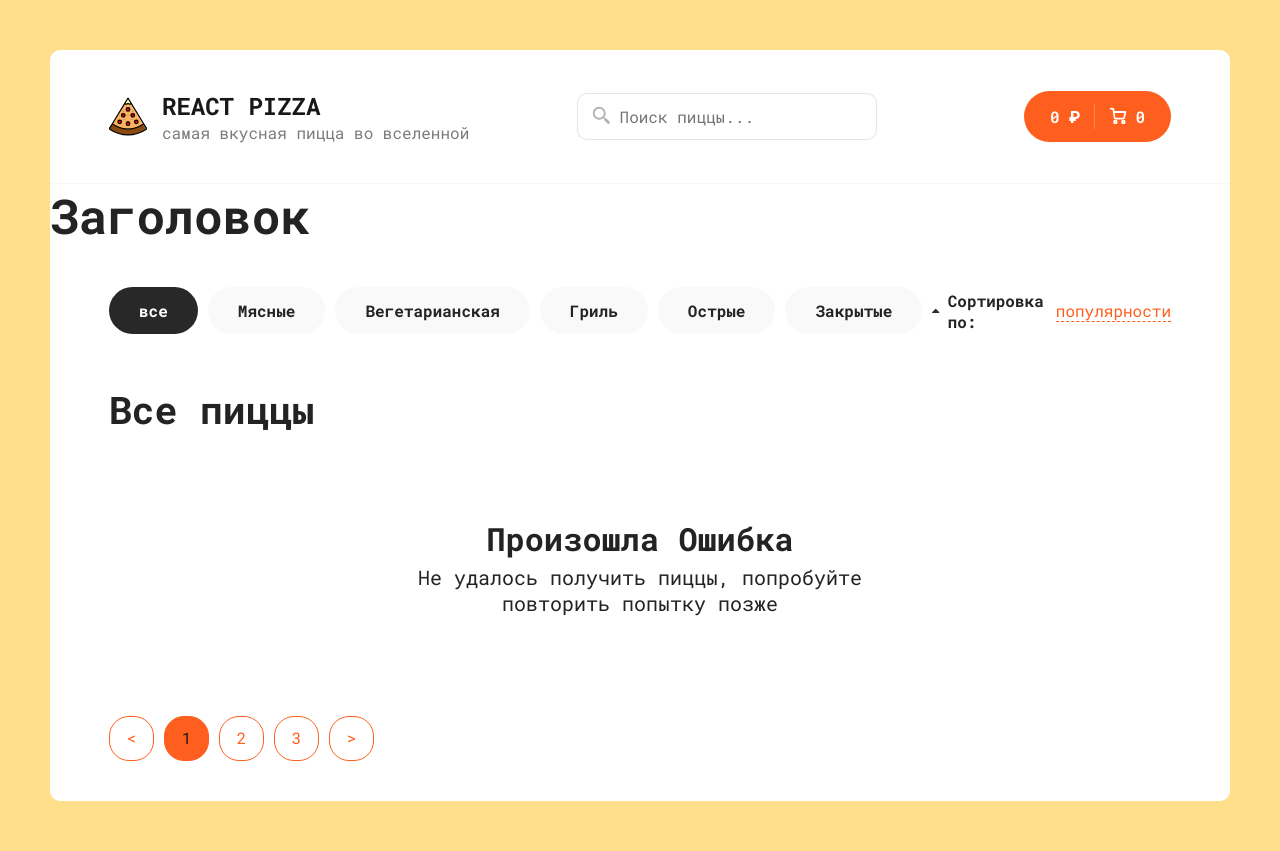
Repository: TI-IT/react-pizza2
Page: /
These files come from the project's save history. The page is drawn as it stood at one moment and after the next save; the edit follows.
The browser window is 1280 px wide. The pictures show the whole page.
The page's requests for data from a server got no answer. The project was rebuilt for these pictures with package versions that can differ from the ones it lists, and the page was loaded fresh each time. No one was signed in, and anything a server would have sent is missing. Also part of the build but not shown: src/components/PizzaBlock.jsx, src/components/CartItem.jsx, src/components/CartEmpty.jsx, src/pages/Cart.jsx, src/pages/FullPizza.jsx, src/components/NotFoundBlock/NotFounBlock.module.scss, src/components/NotFoundBlock/index.jsx, src/pages/NotFound.tsx.

Above is the page before, as saved 2022-10-22 20:55:35.

After the next save:
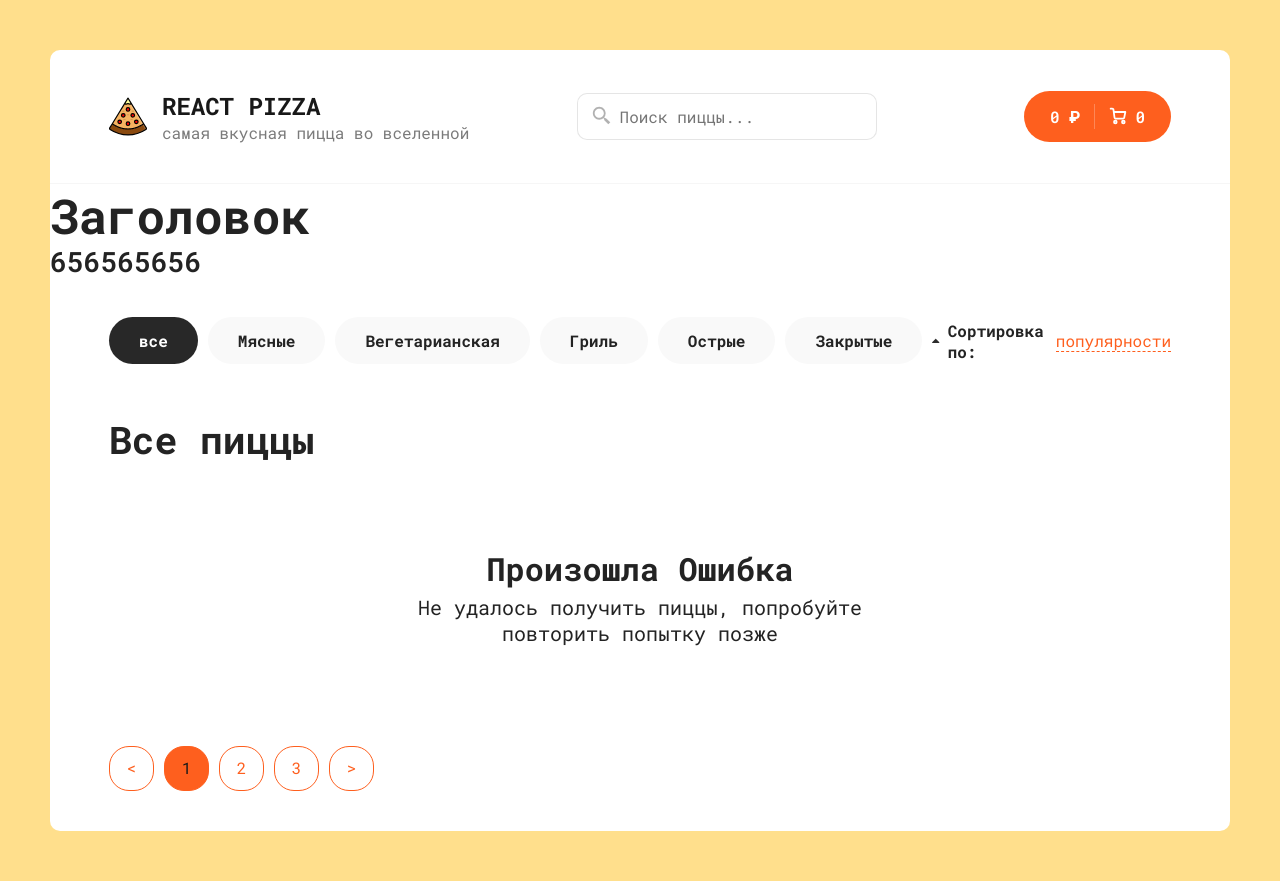
Saved 47 s later.
--- a/src/App.js
+++ b/src/App.js
@@ -12,6 +12,7 @@ function Parent({ Children }) {
     <div>
       <h1>Заголовок</h1>
       {Children}
+      <h2>656565656</h2>
     </div>
   )
 }
